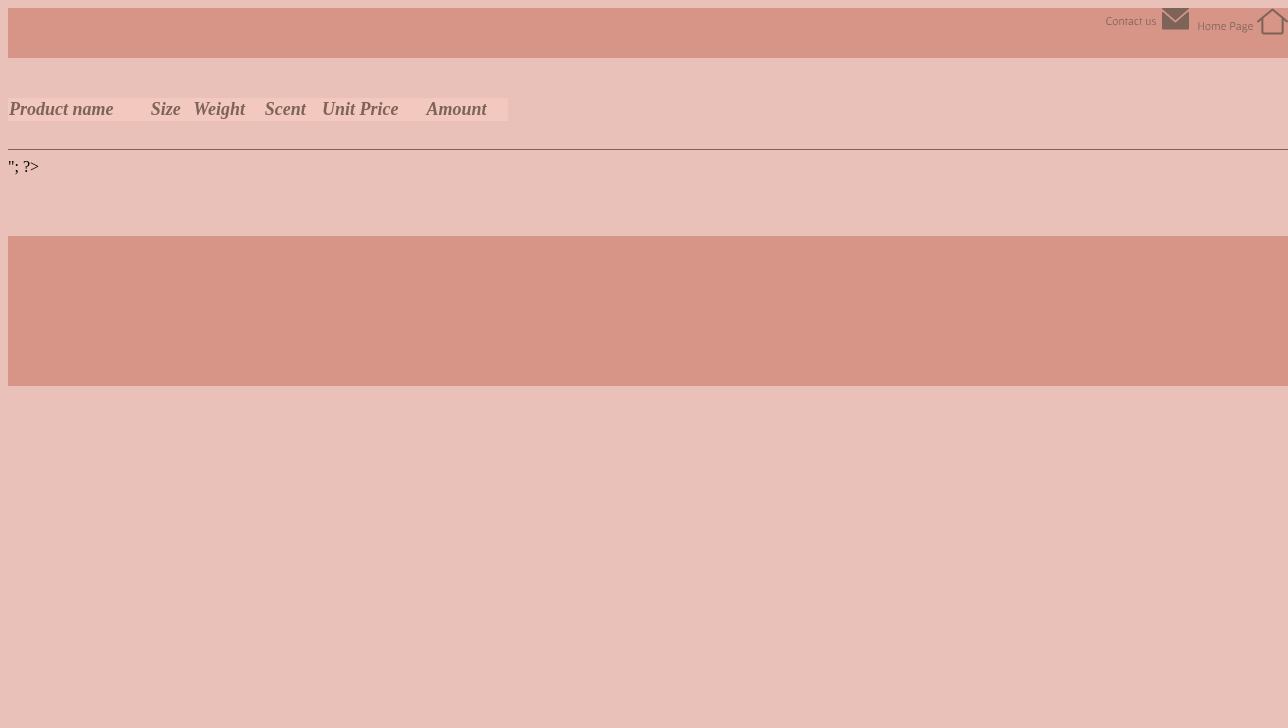
Repository: moezoobi/learning
Page: cart.html
The author's editor kept a record of every edit. The page is drawn from the files as they stood at one moment, then again after the next edit.
The browser window is 1280 px wide. The page is 1288 px wide, so the pictures cover 1288 px, including what lies to the right of the window. The pictures show the whole page.

Above is the page before.

### cart.html
<!DOCTYPE html>
<html>
    <head>
        <script src="https://ajax.googleapis.com/ajax/libs/jquery/3.6.0/jquery.min.js"></script>


        <title> Cart page</title>
        <link rel="stylesheet" href="main_styles.css" type="text/css" />
    </head>
    <body id = "main_page">
        <div id="dd">
            <p id = "gg"></p>
        </div>
        <script type="text/javascript" >
                   $.post('cart.php', function(data, status, xhr)
                {
                    //$("#pro_desc_table").html(data);
                    var a = data;
                    console.log(a);
                    $("#dd").html(a);


                }
                );

        </script>
    </body>
</html>

### main_styles.css
/**************** not sure yet ******************/
h1,table,td{
    color: rgb(40, 42, 53);
    font-style: normal;
    font-size: x-large;
}
ul{
    list-style-type: none;
}
body{   background-color: rgb(233, 193, 184);
}

table,td{
    color: rgb(125, 99, 88);
    font-style: oblique;
     font-size: x-large;
}
table img{
    box-shadow: 0px 0px 30px rgb(125, 99, 88);
}
.left{
   font-weight: bold;
   font-size: x-large;
}
/***************end of not sure yet***********/


/*********************************** main page css *****************************/

/*the body element of the main scenttopia pahe */
#main_page{
   position:absolute;
   width: 100%;
   height: 100%;
   top:0%;
   left:0%;

   background-color: rgb(233, 193, 184);
}

#main_page{
   position:absolute;
   width: 100%;
   top:0%;
   left:0%;

   background-color: rgb(233, 193, 184);
}

/*********************************** end of main page css **********************/

/***************** cross section css **********************/
.headings
{
    color: rgb(125, 99, 88);
    font-style: oblique;
     font-size: x-large;
   background-color: rgb(214, 149, 134);
}

/****************** end of cross section css **************/

/* footer section css*/
.footer {
   background-color: rgb(214, 149, 134);
   width: 100%;
   height: 150px;
   bottom:0%;
       clear: both;

}

/*header sections css*/
.header {
   background-color: rgb(214, 149, 134);
   width: 100%;
   height: 50px;
   bottom:0%;

}

.footer_icons_2
{
    padding: 10px;
    margin: 0;
}

/*main mapge logo image */
.center {
  display: block;
  margin-left: auto;
  margin-right: auto;
}

/*********************** chosen product css ******************************/
.selection
{
    background-color: rgb(233, 193, 184);


}
.buttons
{
        background-color: rgb(233, 193, 184);

}
.buttons:hover
{
        background-color: rgb(233, 193, 184);

}

}


#df, .menu_pics
{
      transition: transform .2s; /* Animation */

}
#df:hover, .menu_pics:hover
{
      transform: scale(1.5); /* (150% zoom - Note: if the zoom is too large, it will go outside of the viewport) */

}
#addToCart :hover
{
    cursor: pointer;
}


/* second page drop down candle sizes*/
/* spacer div between sections*/
.spacer_div
{
     width: 100%;
   height: 60px;
   bottom:0%;
}
.candle_sizes
{
   margin: auto;
  color: rgb(125, 99, 88);
    font-style: normal;
    font-size: medium;
    outline-color: rgb(214, 149, 134);
   background-color: rgb(233, 193, 184);

}
#divDesc
{
   margin: auto;
  width: 50%;

}
#namest
{
   margin: auto;
  width: 50%;
  color: rgb(125, 99, 88);
    font-style: oblique;

}
#main_section_product
{
    /*display: flex;*/
    margin: 0 auto;
  display: flex;
  justify-content: center;

}


#product_description
{


    vertical-align:top;


   display: inline-block;
   text-align: center;
  height: 500px;
    width: 500px;
    padding: 0px;

}
.product_description_body
{
    position: relative;
    top:-20px;
    left:0px;
    width: 500px;

    color: rgb(125, 99, 88);
    font-style: normal;
    font-size: normal;
    background-color: rgb(242, 200, 191);



}
#sizes_menu
{
     position: relative;
    top:-20px;
    left:0px;
   margin: auto;
  /*width: 50%;*/
  width: 500px;
  color: rgb(125, 99, 88);
    font-style: normal;
    background-color: rgb(233, 193, 184);
text-align: left;

}
#noSize
{
     font-style:normal;
    font-size: medium;
    font-stretch: condensed;
    font-weight: 100;
}



#scent_summary
{
    font-size: medium;
    font-style: normal;
    text-align: left;
        color: rgb(125, 99, 88);


      text-justify: inter-word;

}
.breakers
{
    height: 1px;
    background-color: rgb(125, 99, 88);
    border: none;
}
.lefters
{
     text-align: left;
    font-style: normal;
    font-size: medium;
    font-weight: bold;
    padding-left: 10px;
    color: rgb(125, 99, 88);



}
.lefters_2
{
    font-style: normal;
    font-size: medium;
    font-weight: bold;
    color: rgb(125, 99, 88);



}
.scent_profile
{
    text-justify: inter-word;
}
.righters
{
    font-size: medium;
    font-style: normal;
    text-align: center;
        color: rgb(125, 99, 88);

}
#notes
{
    text-align: left;
    list-style-type: circle;
}
#product_display
{

    vertical-align: top;
    display: inline-block;
    height: relative;
    width: 500px;
    padding: 20px;

}
#image_and_name
{
    /*
     width: 50%;
   height: 100%;
   left: 0%;
   display: inline-block
   */

}

/*********************** end of chosen products css ***********************/


/******************* old css  *******************************************/
#left_frame{
   position:absolute;
   width: 100%;
   height: 100%;
   top:0%;
   left:0%;

   background-color: rgb(233, 193, 184);
}


#top_right_frame{
   position:absolute;
   width: 50%;
   height: 50%;
   top:0%;
   right:0%;
   background-color: rgb(233, 193, 184);
}

#bottom_right_frame{
   position:absolute;
   width: 50%;
   height: 50%;
   bottom:0%;
   right:0%;
   background-color: rgb(233, 193, 184);
}
#confirmation_heading
{
      font-weight: bold;
    font-size: large;
    font-style: normal;
}

.top{
    font-weight: bold;
    font-size: large;
}
.top_checkout,.price_final
{
     font-weight: bold;
    font-size: medium;
    font-style: normal;
}
.bottom_checkout
{
    font-size: medium;
}
.bottom{
    font-size: medium;
}
.camilla
{
    width: 250px;
}
.vargas{
     font-style: normal;
     font-weight: bold;
   font-size: medium;
}

#subBtn,#clearBtn,#checkOutBtn,#purchase_btn
{
    background-color: rgb(250, 225, 44);
    font-weight: bold;
}

h3,h6
{
    display: none;
}
#clear{
    float: left;
    margin-left: 50px;

}
#checkout{
    float: left;
        margin-left: 50px;

}
#checkOutTable
{
    width: 60%;

       font-style: normal;
   font-size: medium;


}
#cartSumm
{
      font-style: normal;
     font-weight: bold;
   font-size: medium;


}
/******************* end ofv old css  *******************************************/

After the next edit:
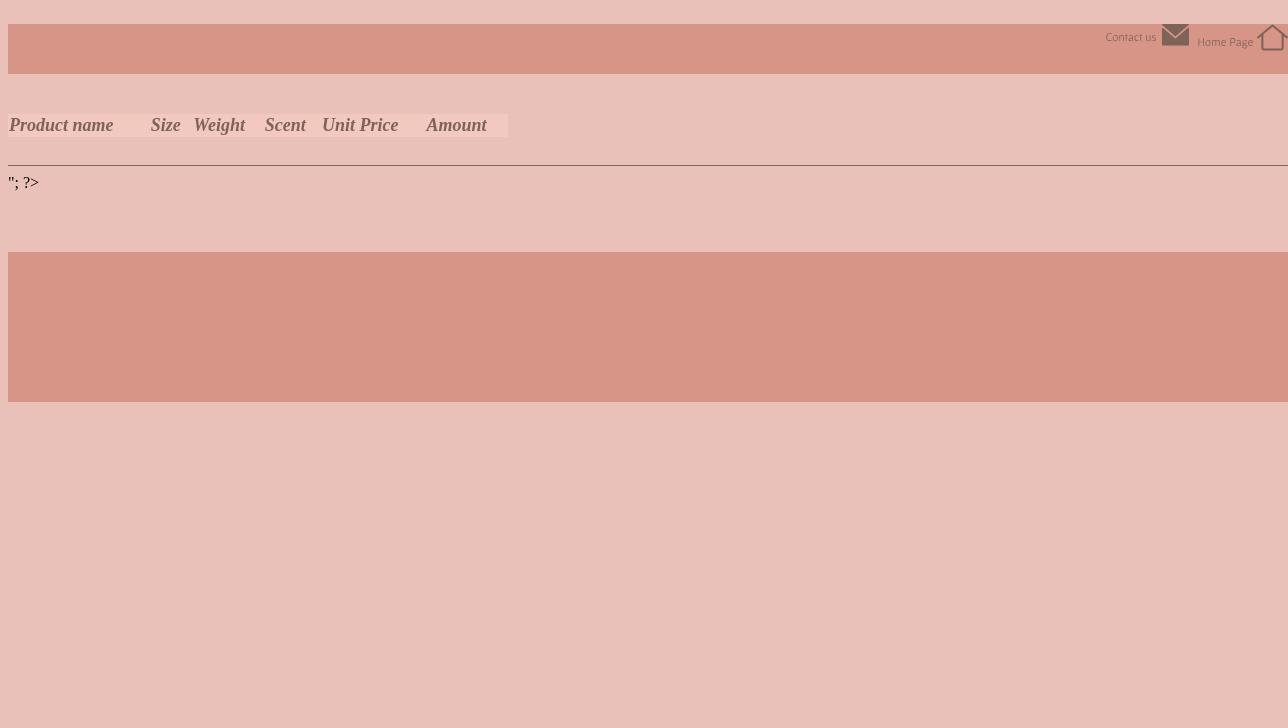
The edit:
--- a/cart.html
+++ b/cart.html
@@ -17,7 +17,7 @@
                     //$("#pro_desc_table").html(data);
                     var a = data;
                     console.log(a);
-                    $("#dd").html(a);
+                    $("#gg").html(data);
 
 
                 }
